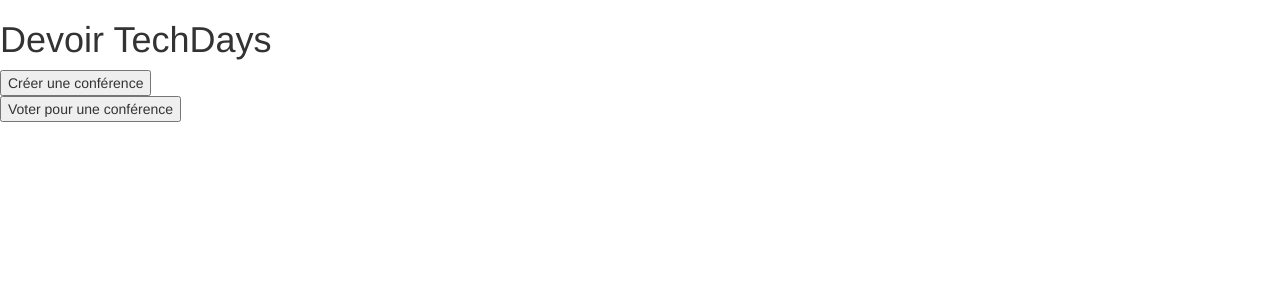
Repository: Chebani/Devoir-n2
Page: http://localhost/database/application/views/techdays.php
The author's editor kept a copy of each file at every save. The page is drawn from the files as they stood at one save, then again after the next save.
The browser window is 1280 px wide. The pictures show the whole page.
The page is run by PHP 8.4 with error messages shown; the project is at /var/www/html/.

Above is the page before, as saved 2018-10-11 16:59:28.

### application/views/techdays.php

<!DOCTYPE html>
<html lang="en">
<head>
    <meta charset="UTF-8">
    <meta name="viewport" content="width=device-width, initial-scale=1.0">
    <meta http-equiv="X-UA-Compatible" content="ie=edge">
    <link rel="stylesheet" href="https://maxcdn.bootstrapcdn.com/bootstrap/3.3.7/css/bootstrap.min.css" media="screen" title="no title">
    <script type="text/javascript" src="JS/lesFonctionsJS.js"></script>
    <script type="text/javascript" src="JQUERY/jquery-3.1.1.min.js"></script>
    <title>Devoir TechDays</title>
    <script>
    $(document).ready(function()
            {
                $('#creerConference').click(creerConference);
            }
        );
    </script>
</head>
<body>
    <h1>Devoir TechDays</h1>
    <button id='creerConference' >Créer une conférence</button><br>
    <button id='voterConference' >Voter pour une conférence</button><br>
    <div id='conference'></div>
</body>
</html>

### JS/lesFonctionsJS.js
function creerConference()
{
    $.ajax(
    {
        type:"get",
        url:"index.php/main/creerConference",
        success:function(data)
        {
            $('#conference').empty();
            $('#conference').append(data);
        },
        error:function()
        {
            alert('Erreur');
        }
    }
    );
}

Loaded but not shown: JQUERY/jquery-3.1.1.min.js (library)

After the next save:
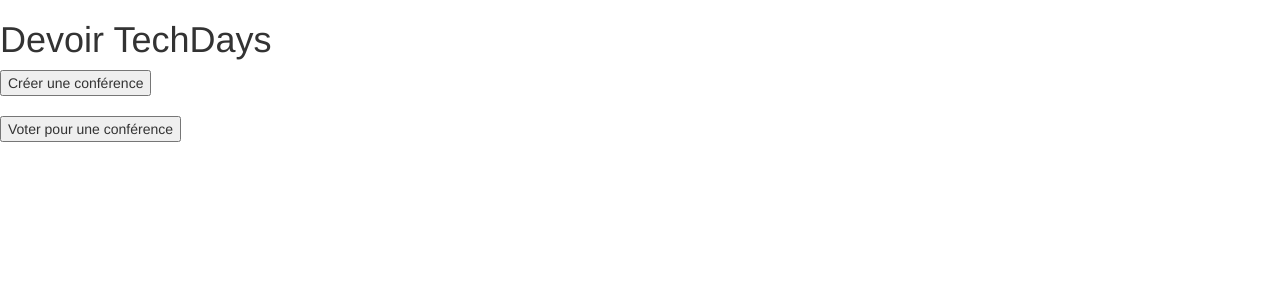
Saved 9 s later.
--- a/application/views/techdays.php
+++ b/application/views/techdays.php
@@ -19,7 +19,7 @@
 </head>
 <body>
     <h1>Devoir TechDays</h1>
-    <button id='creerConference' >Créer une conférence</button><br>
+    <button id='creerConference' >Créer une conférence</button><br><br>
     <button id='voterConference' >Voter pour une conférence</button><br>
     <div id='conference'></div>
 </body>
